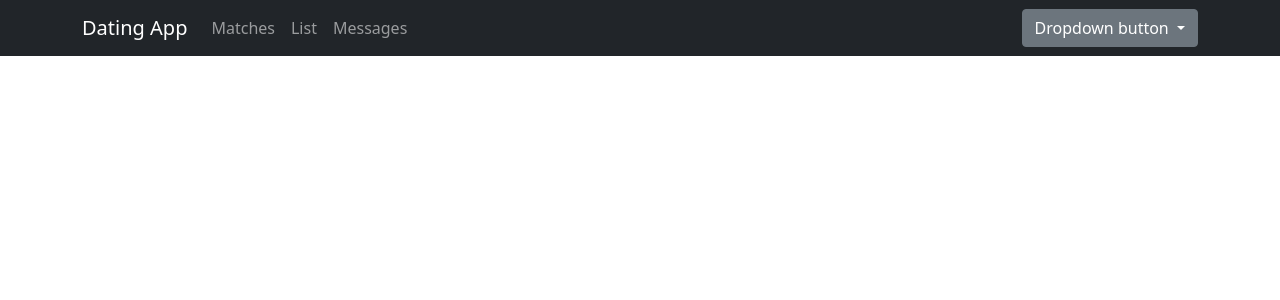
Repository: pedroHenriFeLima/DotNetCoreANDAngularDatingApp
Page: / (app in client/)
These files come from the project's save history. The page is drawn as it stood at one moment and after the next save; the edit follows.
The browser window is 1280 px wide. The pictures show the whole page.
The page's requests for data from a server got no answer. The project was rebuilt for these pictures with package versions that can differ from the ones it lists, and the page was loaded fresh each time. No one was signed in, and anything a server would have sent is missing. Also part of the build but not shown: client/angular.json.

Above is the page before, as saved 2021-10-16 20:01:16.

### client/src/app/app.module.ts
import { NgModule } from '@angular/core';
import { BrowserModule } from '@angular/platform-browser';

//http
import { HttpClientModule } from '@angular/common/http';

import { AppRoutingModule } from './app-routing.module';
import { AppComponent } from './app.component';
import { NavComponent } from './nav/nav.component';
import { FormsModule } from '@angular/forms';


@NgModule({
  declarations: [
    AppComponent,
    NavComponent
  ],
  imports: [
    BrowserModule,
    AppRoutingModule,
    HttpClientModule,
    FormsModule
  ],
  providers: [],
  bootstrap: [AppComponent]
})
export class AppModule { }

### client/src/app/app.component.ts
import { HttpClient } from '@angular/common/http';
import { Component, OnInit } from '@angular/core';
import { User } from './_models/user';
import { AccountService } from './_services/account.service';

@Component({
  selector: 'app-root',
  templateUrl: './app.component.html',
  styleUrls: ['./app.component.css']
})
export class AppComponent implements OnInit{
  title = 'The Dating App';
  users: any;
  constructor(private http:HttpClient, private accountService:AccountService){}

  //onInit comes after the constructor in the angular lifecycle
  ngOnInit(){
    this.getUsers();
    this.setCurrentUser();
  }

  //lookup at the browser storage and see if there is any user
  setCurrentUser(){
      const user:User = JSON.parse(localStorage.getItem('user')||'{}');
      this.accountService.setCurrentUser(user);
  }
  //http requests to an API is naturally an asynchronous request
  getUsers(){
    this.http.get('https://localhost:5001/api/users').subscribe(response => {
      console.log(response);
      this.users = response;
    },error => {
      console.log(error);
    });
  }
}

### client/src/app/nav/nav.component.ts
import { Component, OnInit } from '@angular/core';
import { Observable } from 'rxjs';
import { User } from '../_models/user';
import { AccountService } from '../_services/account.service';

@Component({
  selector: 'app-nav',
  templateUrl: './nav.component.html',
  styleUrls: ['./nav.component.css']
})
export class NavComponent implements OnInit {

  model:any = {}

  constructor(public accountService: AccountService) { }

  ngOnInit(): void {
  }

  login(){
    this.accountService.login(this.model).subscribe(response => {
      console.log(this.model);
      console.log(response);
    },error => {
      console.log(error);
    })
  }

  logOut(){
    this.accountService.logOut();
  }
}

### client/src/app/app.component.html
<app-nav></app-nav>
<div class="container" style="margin-top:100px;">
  <ul>
    <li *ngFor='let user of users'>{{user.id}} - {{user.userName}} </li>
  </ul>
</div>

### client/src/app/_services/account.service.ts
import { HttpClient } from '@angular/common/http';
import { Injectable } from '@angular/core';
import { ReplaySubject } from 'rxjs';
import { map } from 'rxjs/operators';
import { User } from '../_models/user';
@Injectable({
  providedIn: 'root'
})
export class AccountService {
  baseUrl = 'https://localhost:5001/api/';
  private currentUserSource = new ReplaySubject<User|null>(1);
  currentUser$ = this.currentUserSource.asObservable();
  constructor(private http:HttpClient) { }

  login(model:any) {
    //a user DTO is sent back from server
    return this.http.post(this.baseUrl + 'account/login', model).pipe(
      map((response:any) => {
        const user = response;
        const userObject:User = user;
        if(user) {
          localStorage.setItem('user',JSON.stringify(userObject));
          this.currentUserSource.next(userObject);
        }
      })
    )
  }

  setCurrentUser(user:User) {
    this.currentUserSource.next(user);
  }

  logOut(){
    localStorage.removeItem('user');
    this.currentUserSource.next(null);
  }
}

### client/src/app/nav/nav.component.html
<nav class="navbar navbar-expand-md navbar-dark fixed-top bg-dark">
  <div class="container">
    <a class="navbar-brand" href="#">Dating App</a>

      <ul class="navbar-nav me-auto mb-2 mb-md-0" *ngIf="accountService.currentUser$ | async">
        <li class="nav-item">
          <a class="nav-link" aria-current="page" href="#">Matches</a>
        </li>
        <li class="nav-item">
          <a class="nav-link" href="#">List</a>
        </li>
        <li class="nav-item">
          <a class="nav-link">Messages</a>
        </li>
      </ul>
      <div class="dropdown" *ngIf="accountService.currentUser$ | async">
        <button class="btn btn-secondary dropdown-toggle" type="button" id="dropdownMenuButton1" data-bs-toggle="dropdown">
          Dropdown button
        </button>
        <ul class="dropdown-menu" aria-labelledby="dropdownMenuButton1">
          <li><a class="dropdown-item" href="#">Welcome user</a></li>
          <li><a class="dropdown-item" href="#" (click)="logOut()">Logout Profile</a></li>
        </ul>
      </div>
      <form #loginForm="ngForm" class="d-flex" (ngSubmit)="login()" autocomplete="off" *ngIf="(accountService.currentUser$| async) === null">
        <input name="username" [(ngModel)]="model.username" class="form-control me-2" type="text" placeholder="Username">
        <input name="password" [(ngModel)]="model.password" class="form-control me-2" type="password" placeholder="Password">
        <button class="btn btn-outline-success" type="submit">Login</button>
      </form>
    </div>
</nav>

Loaded but not shown: client/src/index.html (common file); client/src/styles.css (common file); client/src/main.ts (common file); client/src/environments/environment.ts (common file); client/src/app/app-routing.module.ts (common file); client/src/app/nav/nav.component.css (common file); client/src/app/app.component.css (no stored copy; drawn as an empty file)

After the next save:
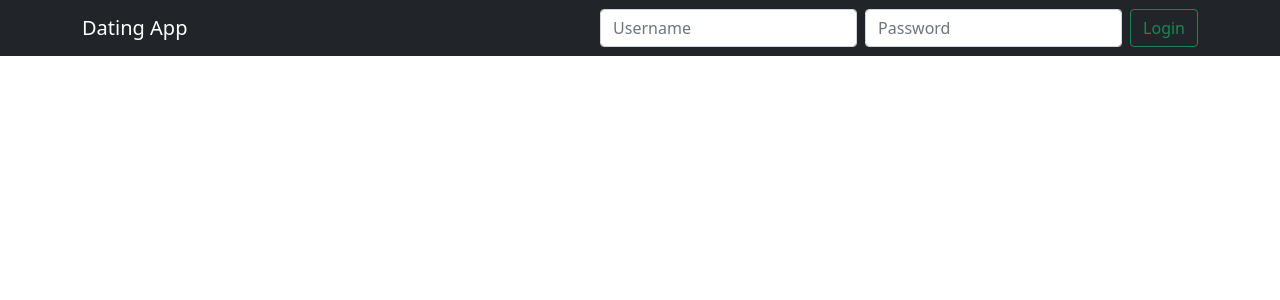
Saved 4 min 5 s later.
--- a/client/src/app/app.component.ts
+++ b/client/src/app/app.component.ts
@@ -16,7 +16,7 @@
   //onInit comes after the constructor in the angular lifecycle
   ngOnInit(){
     this.getUsers();
-    this.setCurrentUser();
+    //this.setCurrentUser();
   }
 
   //lookup at the browser storage and see if there is any user

After the save that followed:
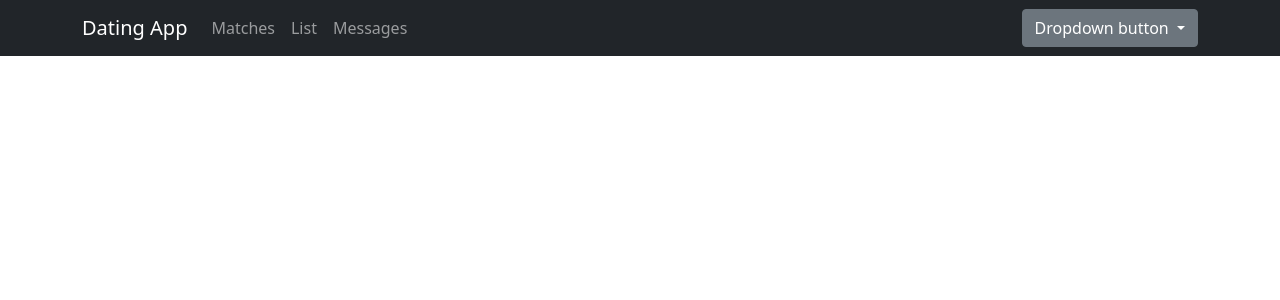
Saved 23 s later.
--- a/client/src/app/app.component.ts
+++ b/client/src/app/app.component.ts
@@ -16,7 +16,7 @@
   //onInit comes after the constructor in the angular lifecycle
   ngOnInit(){
     this.getUsers();
-    //this.setCurrentUser();
+    this.setCurrentUser();
   }
 
   //lookup at the browser storage and see if there is any user
